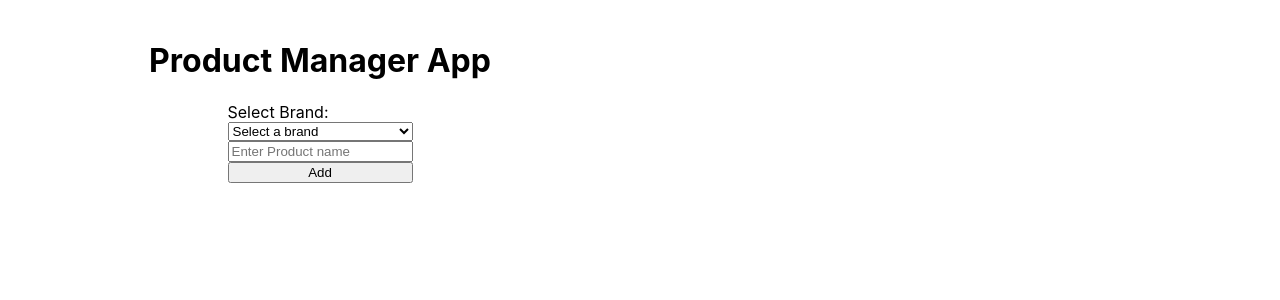
Repository: sunilkc-7/product-manager-app
Page: /
These files come from the project's save history. The page is drawn as it stood at one moment and after the next save; the edit follows.
The browser window is 1280 px wide. The pictures show the whole page.
The project was rebuilt for these pictures with package versions that can differ from the ones it lists, and the page was loaded fresh each time.

Above is the page before, as saved 2023-07-31 15:48:17.

### src/App.js
import "./App.css";
import productsData from "./data/data.json";
import { useState } from "react";

function App() {
  const [brandList, setBrandList] = useState(productsData.brands);
  const [productList, setProductList] = useState(productsData.products);
  return (
    <div className="App">
      <h1>Product Manager App</h1>
      <div className="form-container">
        <label>Select Brand:</label>
        <select>
          <option value="">Select a brand</option>
          {brandList.map((brand) => (
            <option key={brand} value={brand}>
              {brand}
            </option>
          ))}
        </select>

        <input type="text" placeholder="Enter Product name" />

        <button>Add</button>
      </div>
    </div>
  );
}

export default App;

### src/App.css
.App {
  /* text-align: center; */
  display: flex;
  flex-direction: column;
  align-items: center;
  max-width: 600px;
  padding: 20px;
  justify-content: center;
  align-items: center;
}

.form-container {
  display: flex;
  flex-direction: column;
}

### src/data/data.json
{
  "brands": ["Brand A", "Brand B", "Brand C"],
  "products": [
    {
      "brand": "Apple",
      "name": "Product1"
    },
    {
      "brand": "Samsung",
      "name": "Product2"
    },
    {
      "brand": "Google",
      "name": "Product3"
    }
  ]
}

Loaded but not shown: public/index.html (common file); src/index.js (common file); src/index.css (common file); src/reportWebVitals.js (common file)

After the next save:
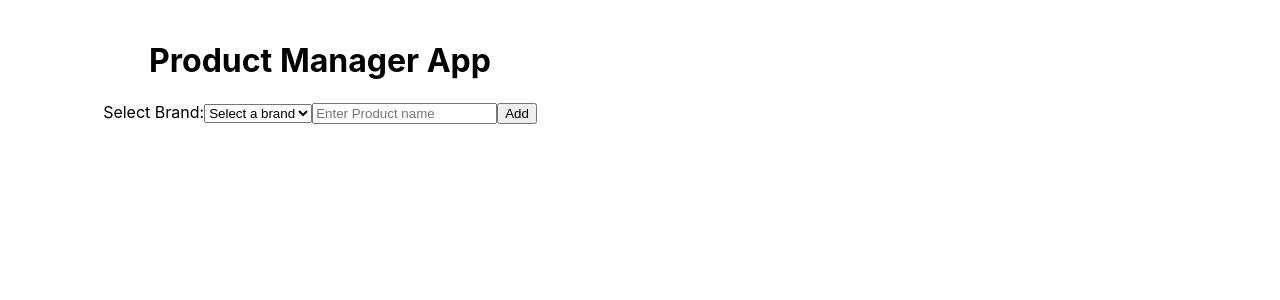
Saved 47 s later.
--- a/src/App.css
+++ b/src/App.css
@@ -8,8 +8,3 @@
   justify-content: center;
   align-items: center;
 }
-
-.form-container {
-  display: flex;
-  flex-direction: column;
-}
